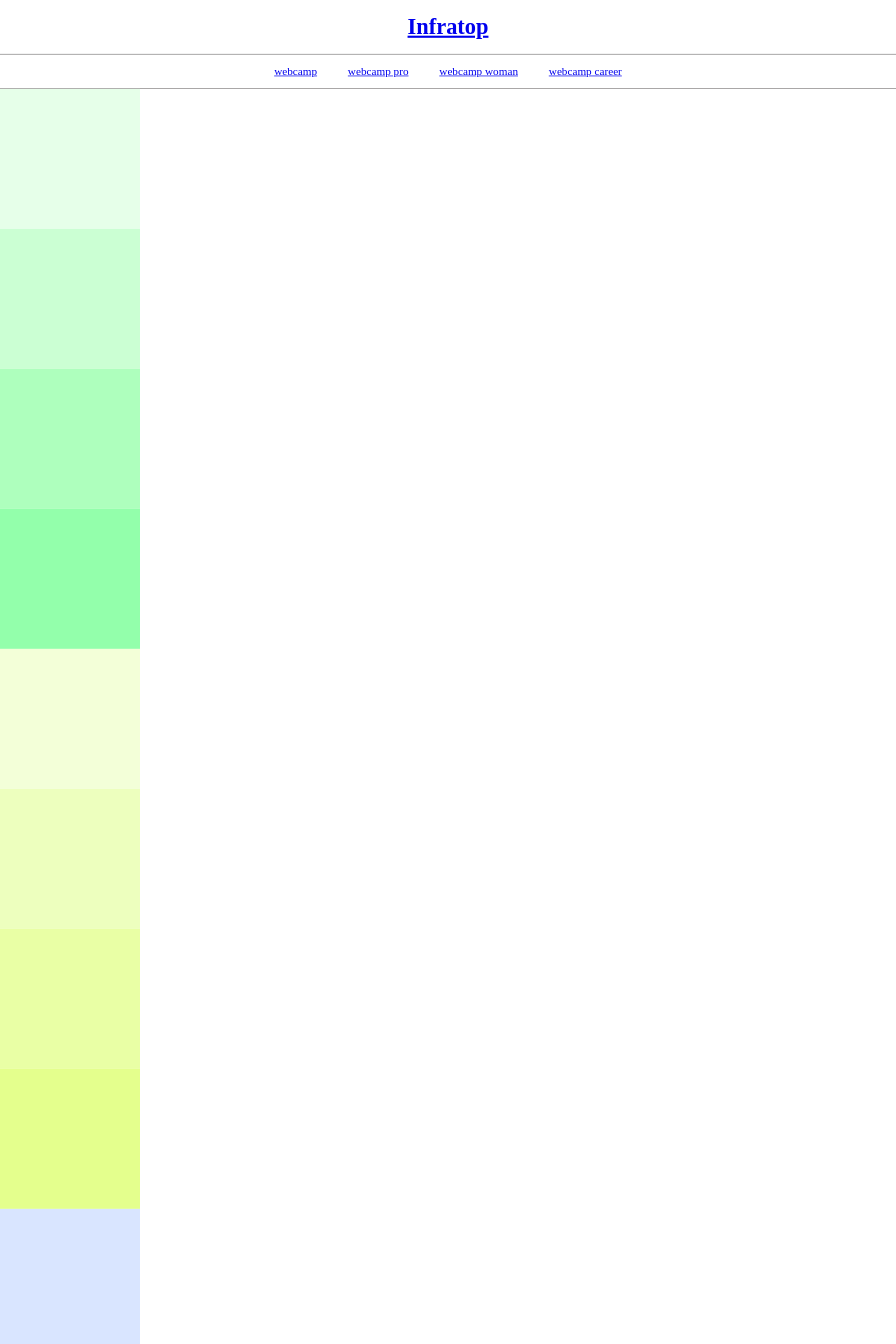
Repository: alamsamiha/html_css
Page: chapter5_exercise/ch5.html
The author's editor kept a record of every edit. The page is drawn from the files as they stood at one moment, then again after the next edit.
The browser window is 1280 px wide. The pictures show the part of the page from y = 0 to 1920 px (the page is 2647 px tall before and 2747 px after), at 70% of full size.

Above is the page before.

### chapter5_exercise/ch5.html
<!DOCTYPE>
<html lang="ja">
  <head>
    <meta charset="UTF-8" />
    <!-- CSSファイルの読み込み -->
    <link rel="stylesheet" href="ch5.css" />
    <title>演習問題5</title>
  </head>

  <body>
    <header>
      <h1 class="heading">
        <a href=="https://infratop.jp/">
          Infratop
        </a>
      </h1>
    </header>

    <nav>
      <ul  class="nav-list">
        <li  class="nav-list-item">
          <a href="https://web-camp.io/">webcamp</a>
        </li>
        <li  class="nav-list-item">
          <a href="https://web-camp.io/commit/">webcamp pro</a></a>
        </li>
        <li  class="nav-list-item">
          <a href="https://web-camp.io/">webcamp woman</a>
        </li>
        <li  class="nav-list-item">
          <a href="https://web-camp.io/">webcamp career</a>
        </li>
      </ul>
    </nav>

    <div class="main">
      <div class="box1"></div>
      <div class="box2"></div>
      <div class="box3"></div>
      <div class="box4"></div>
      <div class="box5"></div>
      <div class="box6"></div>
      <div class="box7"></div>
      <div class="box8"></div>
      <div class="box9"></div>
      <div class="box10"></div>
      <div class="box11"></div>
      <div class="box12"></div>
    </div>

    <footer>
      <p class="footer-text">© All rights reserved by Infratop.Inc.</p>
    </footer>

  </body>


</html>

### chapter5_exercise/ch5.css
*{
  margin: 0;
  padding: 0;
  box-sizing: border-box;
}

header {
  width: 100%; /* 横幅90% */
  padding: 20px 0;
  margin: 0 auto;
  text-align: center;
}

header .heading { /* headerタグ内のheadingクラスにのみ反映される */
  font-size: 32px;
}

.nav-list {
  text-align: center;
  padding: 15px 0;
  margin: 0 auto;
  border-bottom: 1px solid #848282;
  border-top: 1px solid #848282;
}

.nav-list-item {
  list-style: none;
  display: inline-block;
  margin: 0 20px;
}

.box1 {
  width: 200px;
  height: 200px;
  background-color: #e6ffe9;
}

.box2 {
  width: 200px;
  height: 200px;
  background-color: #cbffd3;
}

.box3 {
  width: 200px;
  height: 200px;
  background-color: #aeffbd;
}

.box4 {
  width: 200px;
  height: 200px;
  background-color: #93ffab;
}

.box5 {
  width: 200px;
  height: 200px;
  background-color: #f3ffd8;
}

.box6 {
  width: 200px;
  height: 200px;
  background-color: #edffbe;
}

.box7 {
  width: 200px;
  height: 200px;
  background-color: #e9ffa5;
}

.box8 {
  width: 200px;
  height: 200px;
  background-color: #e4ff8d;
}

.box9 {
  width: 200px;
  height: 200px;
  background-color: #d9e5ff;
}

.box10 {
  width: 200px;
  height: 200px;
  background-color: #bad3ff;
}

.box11 {
  width: 200px;
  height: 200px;
  background-color: #a4c6ff;
}

.box12 {
  width: 200px;
  height: 200px;
  background-color: #8eb8ff;
}

footer {
  width: 100%;
  height: 120px;
  text-align: center;
  line-height: 120px;
  background-color: #848282;
}

.footer-text {
  color: #fff;
}

After the next edit:
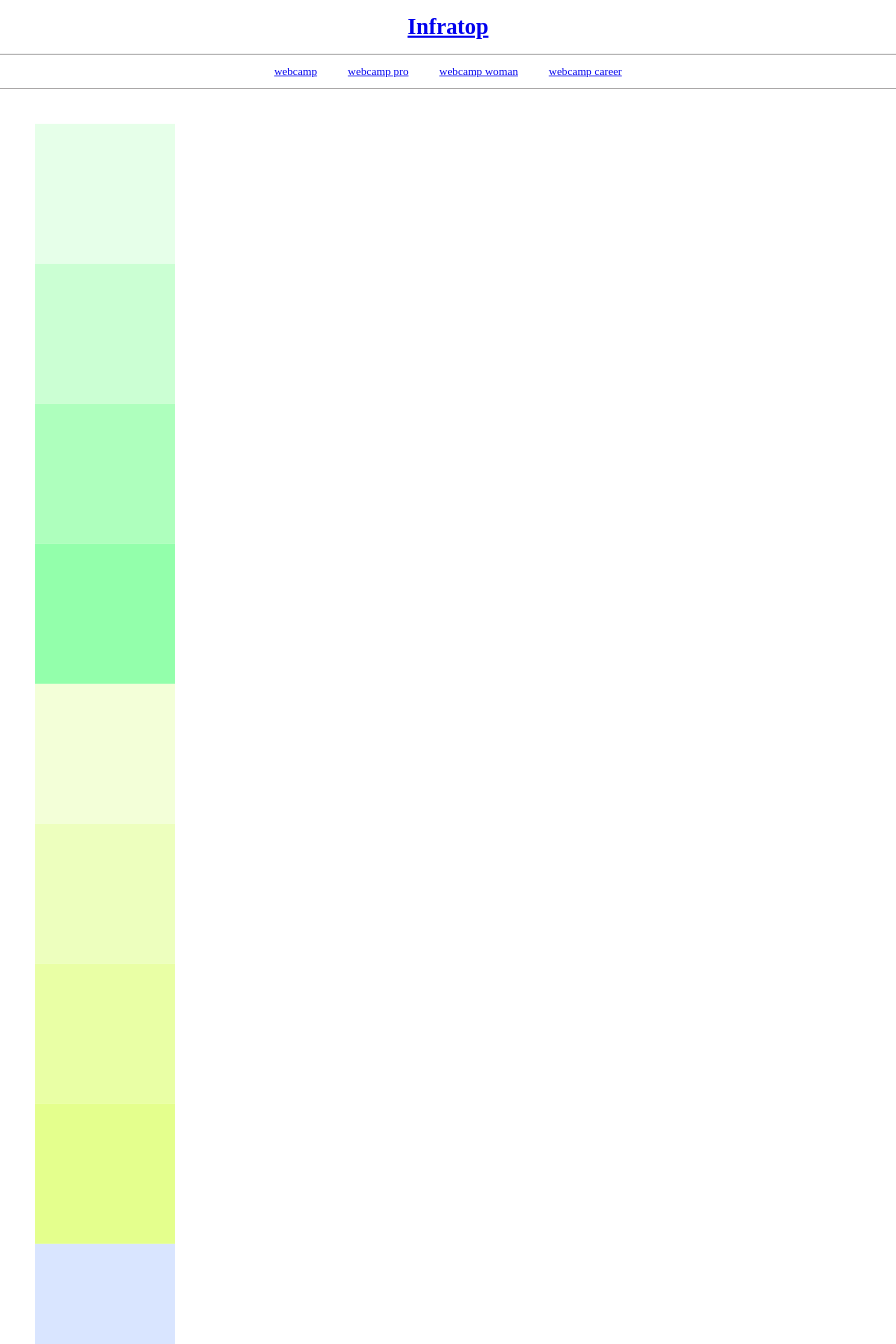
The edit:
--- a/chapter5_exercise/ch5.css
+++ b/chapter5_exercise/ch5.css
@@ -27,6 +27,10 @@
   list-style: none;
   display: inline-block;
   margin: 0 20px;
+}
+
+.main{
+  padding: 50px;
 }
 
 .box1 {
